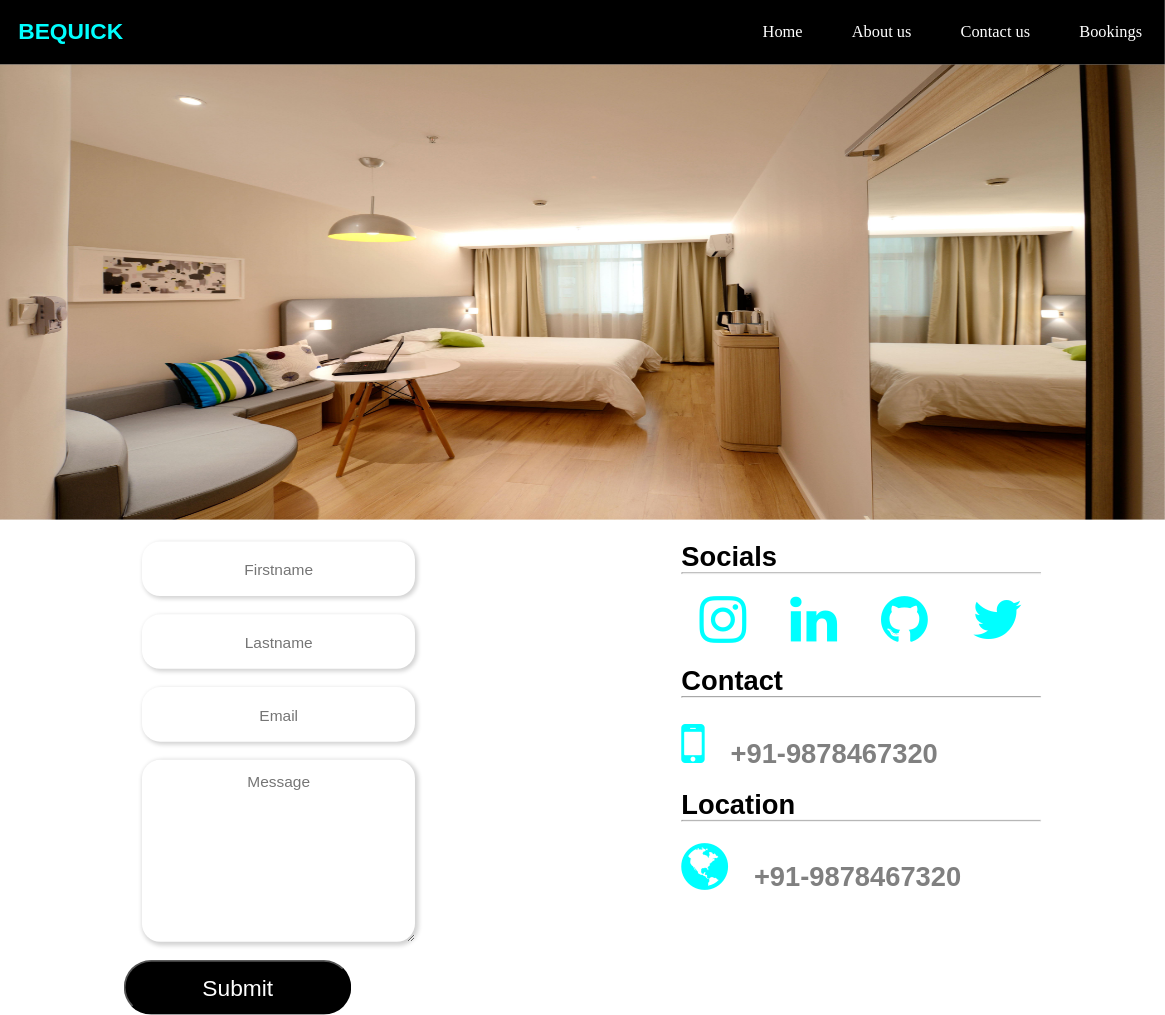
Repository: Ayushi6Sharma/BEQUICK_Hotel_Booking_Web
Page: about.html
An editor plug-in stored every save of this project. The page is shown before and after the next save, followed by the edit.
The browser window is 1280 px wide. The pictures show the whole page, at 91% of full size.

Above is the page before, as saved 2022-05-10 00:58:19.

### about.html
<!DOCTYPE html>
<html lang="en">
<head>
    <meta charset="UTF-8">
    <meta http-equiv="X-UA-Compatible" content="IE=edge">
    <meta name="viewport" content="width=device-width, initial-scale=1.0">
    <link rel="stylesheet" href="https://stackpath.bootstrapcdn.com/font-awesome/4.7.0/css/font-awesome.min.css" integrity="sha384-wvfXpqpZZVQGK6TAh5PVlGOfQNHSoD2xbE+QkPxCAFlNEevoEH3Sl0sibVcOQVnN" crossorigin="anonymous">
    <link rel="stylesheet" href="./style/style.css">
    <link rel="stylesheet" href="./style/aboutstyle.css">
    <title>About us</title>
</head>
<body>
    <main>
        <nav class="nav">
            <ul class="nav-list">
                <span class="logo">BEQUICK</span>
                <li><a href="#">Home</a></li>
                <li><a href="#">About us</a></li>
                <li><a href="#">Contact us</a></li>
                <li><a href="#">Bookings</a></li>
            </ul>
        </nav>
        <!-- section 1 -->
        <section>
            <div class="hotel-main-image">
                <!-- <div class="bookings-btn">Bookings</div> -->
                <img src="./images/hotel-img-2.jpg" class="hotel-img-2">
            </div>
        </section>
        <!-- section 2 -->
        <section>
            <div class="aboutflex">
                <div class="contact-form">
                    <form action="#" method="POST">
                        <label for="firstname"></label>
                        <input type="text" name="firstname" id="firstname" placeholder="Firstname">
                        <label for="lastname"></label>
                        <input type="text" name="lastname" id="lastname"  placeholder="Lastname">
                        <label for="email"></label>
                        <input type="text" name="email" id="email"  placeholder="Email">
                        <label for="message"></label>
                        <textarea id="message" name="message" placeholder="Message"></textarea>
                        <button type="submit" class="submit">Submit</button>
                    </form>
                </div>
                <div class="address">
                    <div class="contact-info-heading">
                        Socials
                        <hr/>
                        <div class="social-contact">
                            <a href="#"><i class="fa fa-instagram fa-2x"></i></a>
                            <a href="#"><i class="fa fa-linkedin fa-2x"></i></a>
                            <a href="#"><i class="fa fa-github fa-2x"></i></a>
                            <a href="#"><i class="fa fa-twitter fa-2x"></i></a>
                        </div>
                    </div>
                    <div class="contact-info-heading">
                        Contact
                    <hr/>
                        <div class="contact">
                            <i class="fa fa-mobile fa-2x"></i>
                            <span class="contact-content">
                                +91-9878467320
                            </span>
                        </div>
                    </div>
                    <div class="contact-info-heading">
                        Location
                    <hr/>
                        <div class="Location">
                            <i class="fa fa-globe fa-2x"></i>
                            <span class="contact-content">
                                +91-9878467320
                            </span>
                        </div>
                    </div>
                </div>
            </div>
        </section>
    </main>
</body>
</html>

### style/style.css
*
{
    padding: 0px;
    margin: 0px;
    box-sizing: border-box;
}
/* nav */
.nav
{
    background-color: black;
}
.nav-list
{
    list-style-type:none;
    width: 100%;
    text-align: end;
}
.nav-list > li
{
    display: inline-block;
    padding: 25px;
    font-size: 18px;
}
.nav-list li a
{
    text-decoration: none;
    color:white;
}
.nav-list li a:hover
{
    color: aquamarine;
}
.logo
{
    padding: 20px;
    color:aqua;
    float: left;
    font-size: 25px;
    font-weight: bolder;
    font-family: sans-serif;
}
/* section 1 */
/* main image */
.hotel-img-2
{
    width: 100%;
    height:500px;
}
hotel-main-image
{
    position: relative;
}
/* .bookings-btn
{
    width:250px;
    height: 60px;
    background-color: black;
    color:white;
    border-radius: 40px;
    text-align: center;
    padding-top: 15px;
    font-size:25px;
    font-family: sans-serif;
    position: absolute;
} */

/* section 2 */
.flex1-container1
{
    display: flex;
    flex-direction: row;
    flex-wrap: wrap;
    margin-top: 40px;
    justify-content: space-around;
    align-content:space-around;
}
/* Facilities */
.section2-facilities
{
    text-align: center;
    margin-top:50px;
}
.main-facilities
{
    font-size: 60px;
    font-weight: bold;
    font-family: sans-serif;
}
.main-facilities-lower
{
    font-size: 30px;
    font-style: italic;
    color:grey;
}
.facilities
{
    width:300px;
    height:300px;
    text-align:center;
    border-radius: 40px;
    box-shadow: 3px 2px 10px 1px lightgrey;
}
.facilities i{
    margin-top: 25%;
    color:aqua;
}
.facilities-content
{   margin-top: 30px;
    font-size: 25px;
    font-family:sans-serif;
}
/* section 3 */
.about{
    margin-top: 50px;
    display: flex;
    flex-wrap: wrap;
    background-color:grey;
}
.about-image
{
    width:90%;
    height:400px;
}
.about-content-1
{
    font-size: 50px;
    font-weight: bold;
    font-family: sans-serif;
    color: white;
    font-style: italic;
    margin-top: 30px;
}
.about-content-2
{
    color:white;
    word-wrap: break-word;
    font-size: 20px;
    padding-top: 30px;
    margin-bottom: 20px;
}
.about-btn
{
    width:250px;
    height: 60px;
    background-color: aqua;
    color:white;
    border-radius: 40px;
    text-align: center;
    padding-top: 15px;
    font-size:25px;
    border: none;
    font-family: sans-serif;
    margin: auto;
}

/* section 4 */

.flex2-container2
{
    display: flex;
    justify-content: space-around;
    margin-top: 100px;
    text-align: center;
    align-content:space-around;
    flex-wrap: wrap;
}
.location
{
    width:300px;
    height:300px;
    text-align:center;
    border-radius: 40px;
    box-shadow: 3px 2px 10px 1px lightgrey;
}
.location i
{
    color:aqua;
    padding-top: 25%;
}
.location-content
{
    font-size: 22px;
    font-family:sans-serif;
    padding-top: 20px;
}

/* footer */
.footer{
    background-color: black;
}
.footer-flex
{
    display: flex;
    justify-content: space-around;
    margin-top: 50px;
}
.footer-list-heading
{
    font-weight: bold;
    font-size: 23px;
    font-family: sans-serif;
    color:aqua;
    margin-top:30px;
}
.footer-list > ul
{
    list-style-type: none;
    color:white;
    font-size: 20px;
}
.footer-list-1 >li
{
    padding-top:20px;
}
.footer-list-2 >li
{
    padding-top:20px;
}
.footer-list-3 i
{
    padding-top: 15px;
    color: white;
}
/* copyright */
.copyright
{
    text-align: center;
    color:white;
    font-family: sans-serif;
    font-weight: bold;
    font-style: italic;
    padding-bottom: 30px;
}

### style/aboutstyle.css
.aboutflex
{
    display: flex;
    justify-content: space-around;
}
.social
{
    font-size: 30px;
    font-weight: bold;
    font-family: sans-serif;
}
.fa
{
    color:aqua;
}
.social-contact a
{
    padding:20px;
}
[type="text"]
{
    width:300px;
    height: 60px;
    border:none;
    outline: none;
    font-size: 20px;
    font-family: sans-serif;
    display: block;
    text-align: center;
    /* border:1px solid grey; */
    border-radius:20px;
    box-shadow:2px 2px 5px 1px lightgrey;
    margin:20px;
    padding: 15px;
}
::placeholder
{
    font-size: 17px;
}
textarea
{
    width:300px;
    height: 200px;
    border:none;
    outline: none;
    font-size: 20px;
    font-family: sans-serif;
    display: block;
    text-align: center;
    border-radius:20px;
    box-shadow:2px 2px 5px 2px lightgrey;
    margin:20px;
    padding: 15px;
}
.submit
{
    width:250px;
    height: 60px;
    background-color: black;
    color:white;
    border-radius: 40px;
    text-align: center;
    font-size:25px;
    font-family: sans-serif;
}
.submit:hover
{
    color:aqua;
    cursor: pointer;
}
.contact-info-heading
{
    font-size: 30px;
    font-weight: bold;
    font-family: sans-serif;
    margin-top: 20px;
}
.contact-info-heading > div
{
    padding-top: 20px;
    color:grey;
}
.contact-content
{
    padding-left: 20px;
}

After the next save:
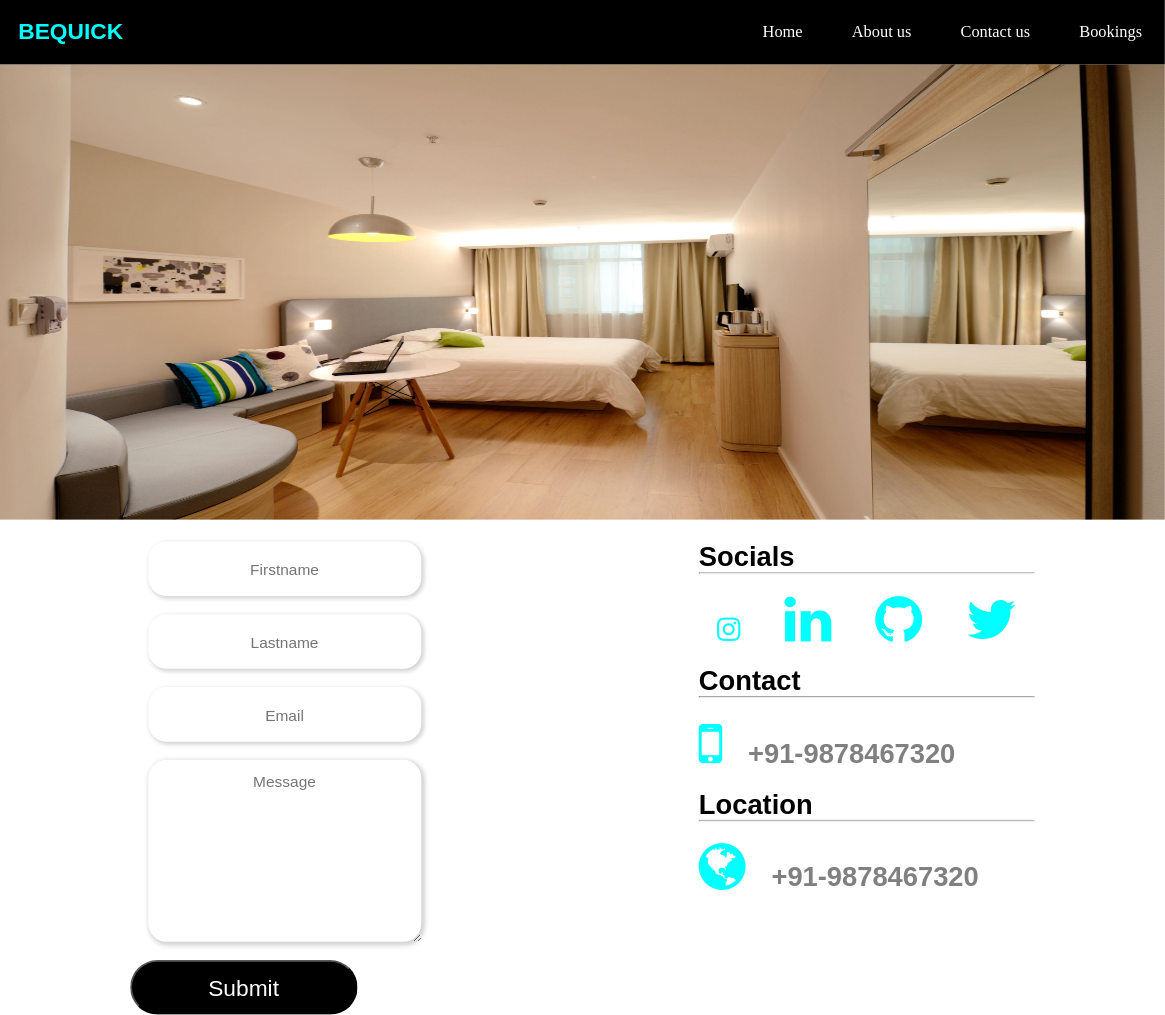
Saved 18 s later.
--- a/about.html
+++ b/about.html
@@ -48,7 +48,7 @@
                         Socials
                         <hr/>
                         <div class="social-contact">
-                            <a href="#"><i class="fa fa-instagram fa-2x"></i></a>
+                            <a href="#"><i class="fa fa-instagram fa-1x"></i></a>
                             <a href="#"><i class="fa fa-linkedin fa-2x"></i></a>
                             <a href="#"><i class="fa fa-github fa-2x"></i></a>
                             <a href="#"><i class="fa fa-twitter fa-2x"></i></a>

After the save that followed:
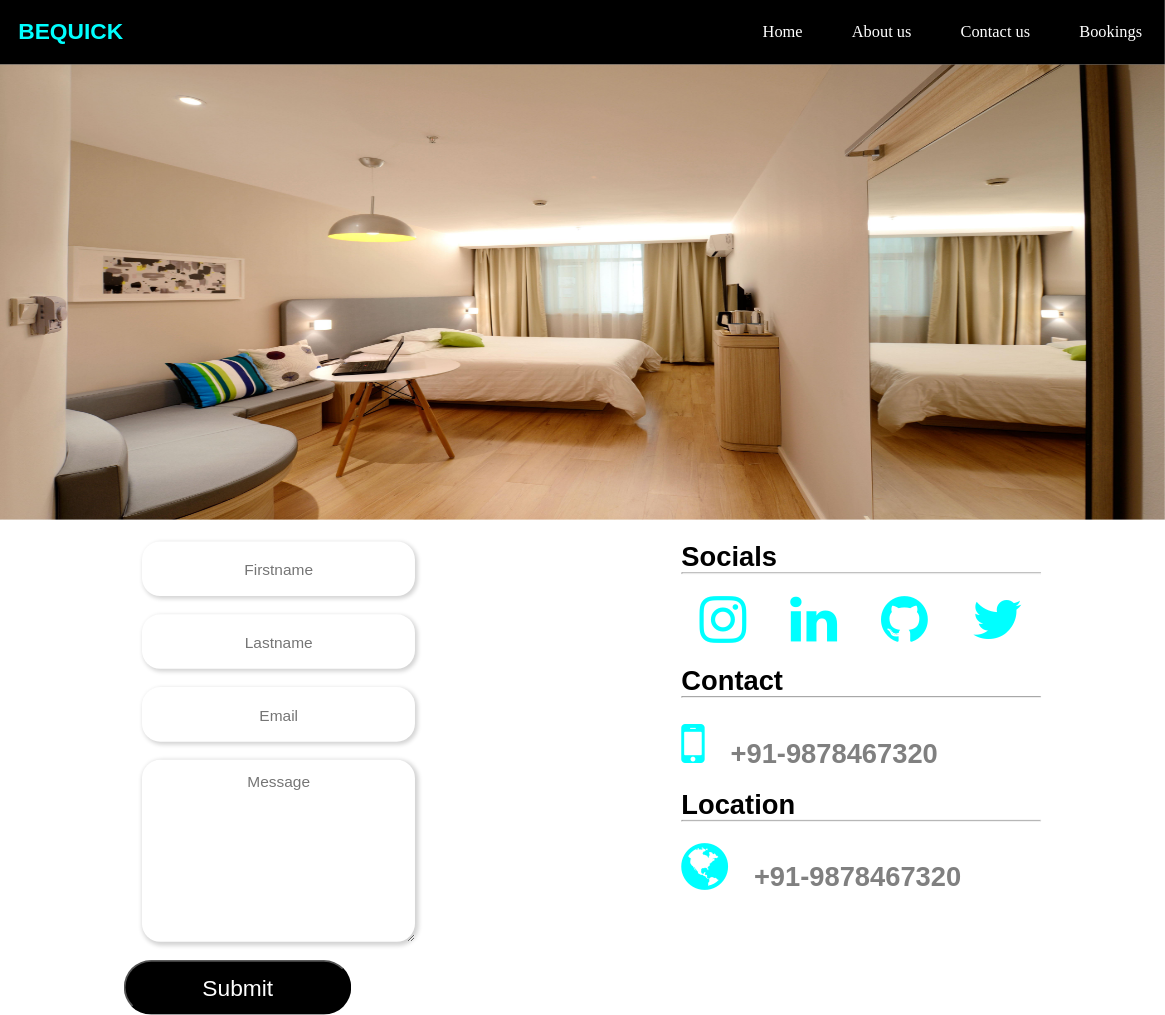
Saved 15 s later.
--- a/about.html
+++ b/about.html
@@ -48,7 +48,7 @@
                         Socials
                         <hr/>
                         <div class="social-contact">
-                            <a href="#"><i class="fa fa-instagram fa-1x"></i></a>
+                            <a href="#"><i class="fa fa-instagram fa-2x"></i></a>
                             <a href="#"><i class="fa fa-linkedin fa-2x"></i></a>
                             <a href="#"><i class="fa fa-github fa-2x"></i></a>
                             <a href="#"><i class="fa fa-twitter fa-2x"></i></a>
